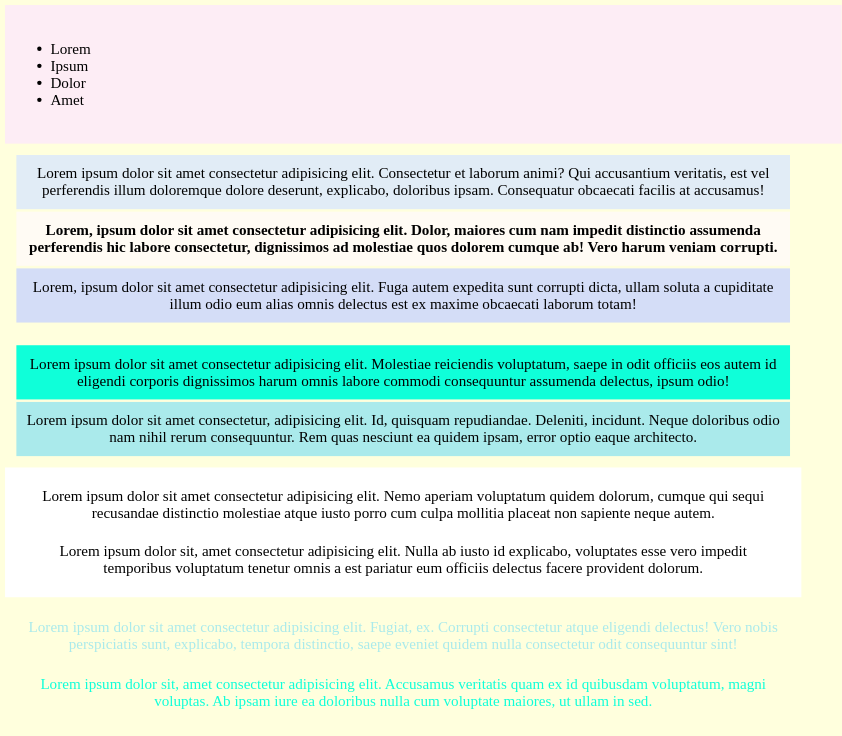
Repository: HTML-a-CSS-2/projekt-portfolio-Angelina555555
Page: .github/index.html
These files come from the project's save history. The page is drawn as it stood at one moment and after the next save; the edit follows.
The browser window is 1280 px wide. The page is 1336 px wide, then 1280 px, so the pictures cover 1336 px, including what lies to the right of the window. The pictures show the whole page, at 63% of full size.

Above is the page before, as saved 2022-05-14 23:34:27.

After the next save:
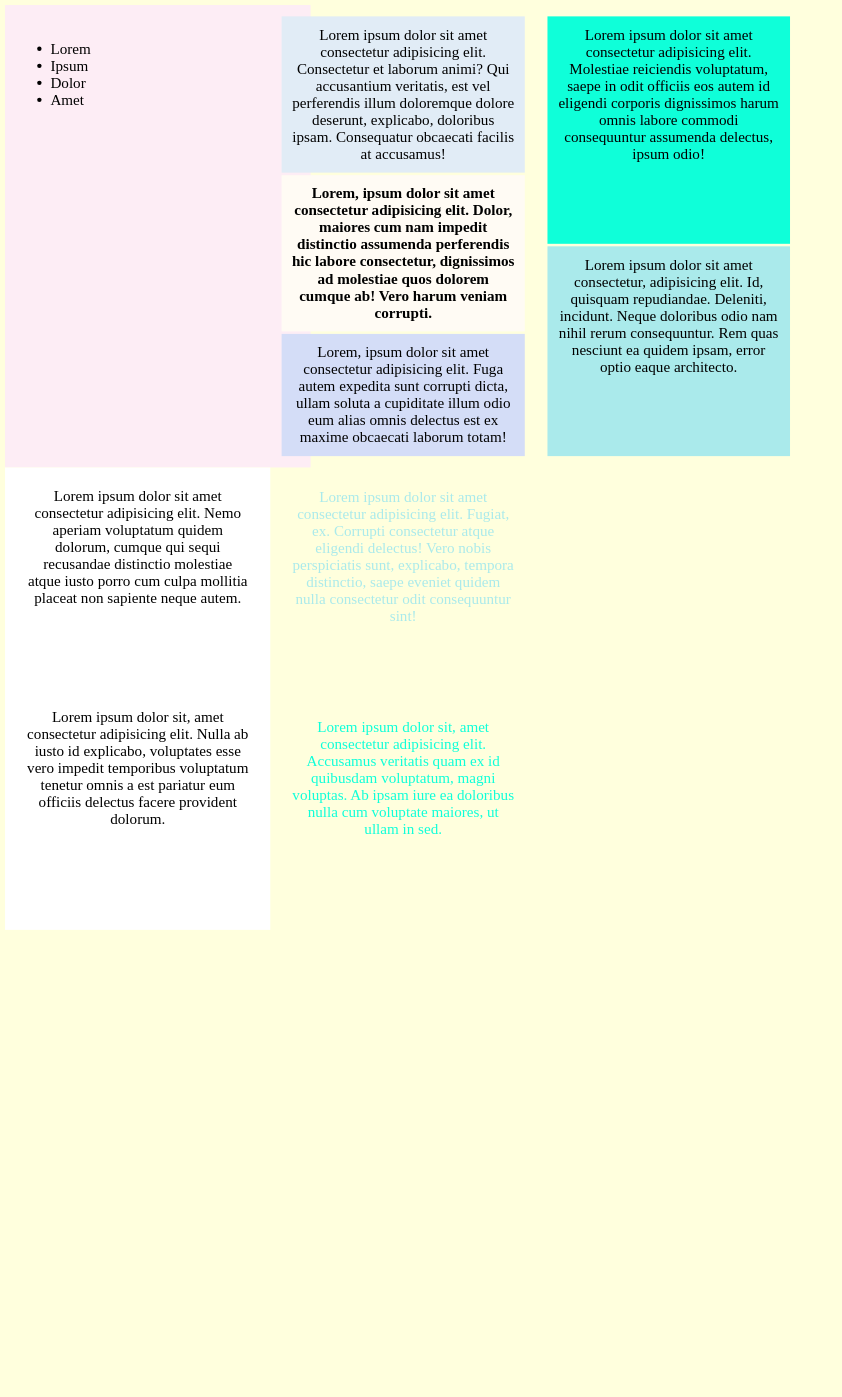
Saved 3 s later.
--- a/.github/default.css
+++ b/.github/default.css
@@ -1,5 +1,10 @@
 body {
   background-color: #ffffdd;
+  display: grid;
+  grid-template-rows: repeat(3, 1fr);
+  grid-template-columns: repeat(3, 1fr);
+  grid-template-columns: 1fr 1fr 1fr;
+  grid-template-rows: 1fr 1fr 1fr;
 }
 
 .menu {
@@ -7,14 +12,6 @@ body {
   background-color: #fdedf5;
   padding: 2rem;
   font-size: 1.5rem;
-}
-
-.container {
-  display: grid;
-  grid-template-rows: repeat(3, 1fr);
-  grid-template-columns: repeat(3, 1fr);
-  grid-template-columns: 1fr 1fr 1fr;
-  grid-template-rows: 1fr 1fr 1fr;
 }
 
 .article,
